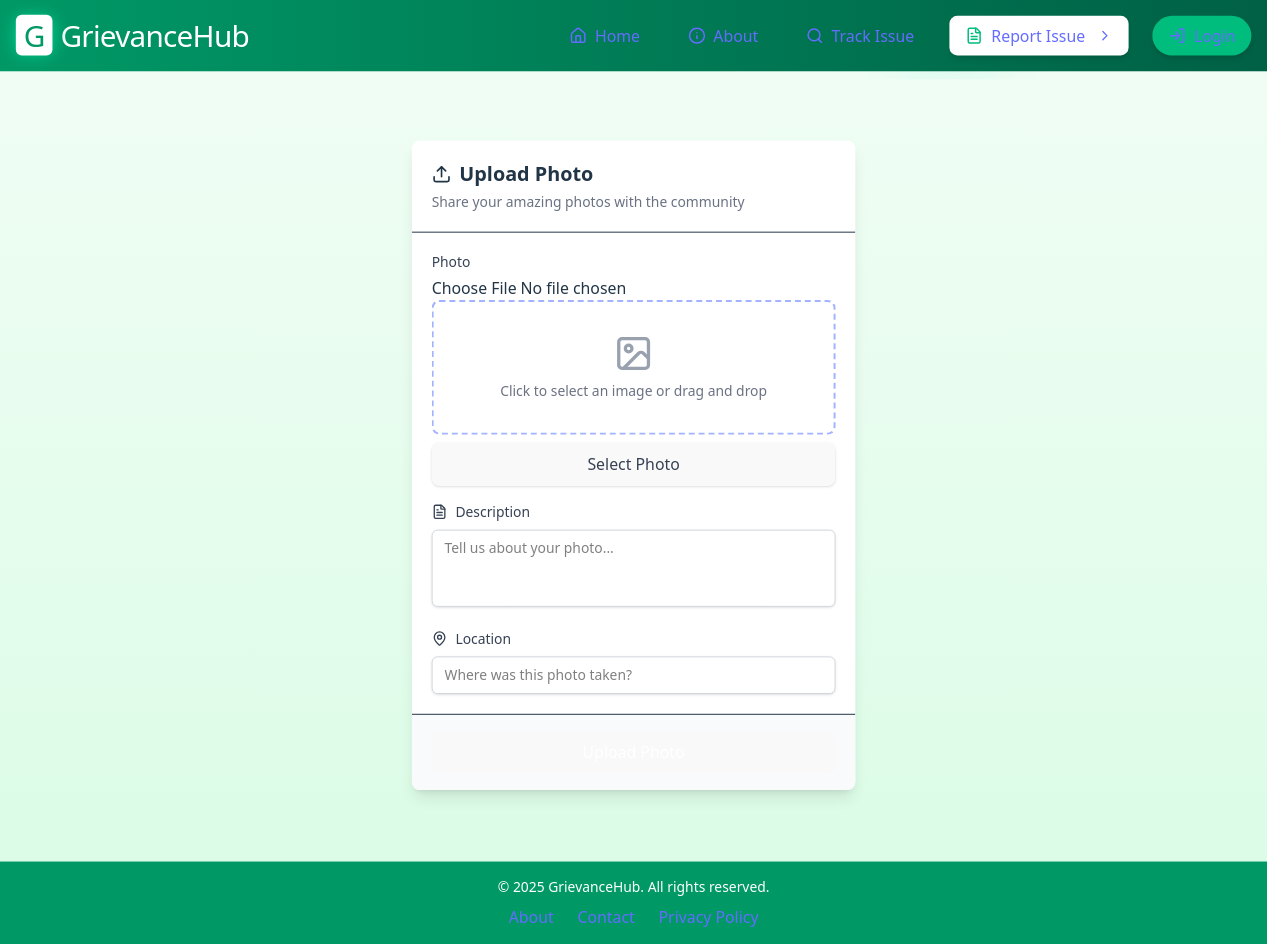
Repository: Aishi4/Grievance-Hub
Page: /report (app in my-vite-Griv/)
These files come from the project's save history. The page is drawn as it stood at one moment and after the next save; the edit follows.
The browser window is 1280 px wide. The pictures show the whole page, at 99% of full size.
The project was rebuilt for these pictures with package versions that can differ from the ones it lists, and the page was loaded fresh each time. Some packages were replaced by stand-ins written for this rebuild. Also part of the build but not shown: my-vite-Griv/vite.config.js, my-vite-Griv/src/Home.jsx, my-vite-Griv/src/ReportSubmit.jsx, my-vite-Griv/src/Report.jsx, my-vite-Griv/src/App.jsx, my-vite-Griv/src/About.jsx, my-vite-Griv/src/TrackIssue.jsx, my-vite-Griv/src/ViewPhoto.jsx and 1 more.

Above is the page before, as saved 2025-03-29 18:55:33.

### my-vite-Griv/src/main.jsx
import { StrictMode } from 'react'
import { createRoot } from 'react-dom/client'
import './index.css'
import App from './App.jsx'
import { Route,createBrowserRouter, createRoutesFromElements, RouterProvider } from 'react-router'
import Layout from './Layout.jsx'
import Home from './Home.jsx'
import Report from './Report.jsx'
import About from './About.jsx'
import TrackIssue from './TrackIssue.jsx'
import ReportSubmit from './ReportSubmit.jsx'
import UploadPhoto from './UploadPhoto.jsx'
import ViewPhoto from './ViewPhoto.jsx'
import AdminPanel from './AdminPanel.jsx'

const router = createBrowserRouter(
  createRoutesFromElements(
    <Route path='/' element={<Layout />}>
      <Route path="" element={<Home />} />
      <Route path="report" element={<UploadPhoto />} />
      <Route path="about" element={<About />} />
      <Route path="track" element={<ViewPhoto />} />
      <Route path='admin' element={<AdminPanel />} />


    </Route>
  )
)

createRoot(document.getElementById('root')).render(
  <StrictMode>




    <RouterProvider router={router} />

  </StrictMode>,
)

### my-vite-Griv/src/Layout.jsx
import { Outlet } from "react-router-dom";
import Navbar from "./Navbar";
import React from "react";
import Footer from "./Footer";

function Layout() {
  return (
    <div className="min-h-screen flex flex-col">
      <Navbar />
      <div className="flex-grow pt-[70px]"> {/* Adjust this padding based on navbar height */}
        <Outlet />
      </div>
      <Footer />
    </div>
  );
}
export default Layout;

### my-vite-Griv/src/UploadPhoto.jsx
"use client"

import { useState, useRef } from "react"
import { supabase } from "./supabase"
import { v4 as uuidv4 } from "uuid"
import { Upload, ImageIcon, MapPin, FileText, X, Check, Loader2 } from "lucide-react"
import { motion, AnimatePresence } from "framer-motion"

export default function UploadPhoto() {
  const [file, setFile] = useState(null)
  const [preview, setPreview] = useState(null)
  const [description, setDescription] = useState("")
  const [location, setLocation] = useState("")
  const [uploadStatus, setUploadStatus] = useState("")
  const [isUploading, setIsUploading] = useState(false)
  const [uploadCode, setUploadCode] = useState(null)
  const fileInputRef = useRef(null)

  const handleFileChange = (e) => {
    const selectedFile = e.target.files?.[0] || null
    setFile(selectedFile)

    if (selectedFile) {
      const reader = new FileReader()
      reader.onload = () => {
        setPreview(reader.result)
      }
      reader.readAsDataURL(selectedFile)
    } else {
      setPreview(null)
    }
  }

  const clearFile = () => {
    setFile(null)
    setPreview(null)
    if (fileInputRef.current) {
      fileInputRef.current.value = ""
    }
  }

  const handleUpload = async () => {
    if (!file) {
      setUploadStatus("Please select a file")
      return
    }

    setIsUploading(true)
    setUploadStatus("Uploading...")

    try {
      const uniqueCode = uuidv4().slice(0, 6) // Generate a 6-character code
      const filePath = `uploads/${uniqueCode}-${file.name}`

      // Upload image to Supabase Storage
      const { data: uploadData, error: uploadError } = await supabase.storage.from("images").upload(filePath, file)

      if (uploadError) {
        throw new Error(uploadError.message)
      }

      // Get the public URL of the uploaded file
      const { data: publicUrlData } = supabase.storage.from("images").getPublicUrl(filePath)
      const imageUrl = publicUrlData.publicUrl

      // Insert into Supabase database
      const { data: insertData, error: insertError } = await supabase
        .from("photos")
        .insert([{ code: uniqueCode, image_url: imageUrl, description, location, status: "Under Review" }])

      if (insertError) {
        throw new Error(insertError.message)
      }

      // Success
      setUploadCode(uniqueCode)
      setUploadStatus("success")
      setFile(null)
      setPreview(null)
      setDescription("")
      setLocation("")
    } catch (error) {
      setUploadStatus(`Error: ${error.message}`)
    } finally {
      setIsUploading(false)
    }
  }

  const resetForm = () => {
    setFile(null)
    setPreview(null)
    setDescription("")
    setLocation("")
    setUploadStatus("")
    setUploadCode(null)
    if (fileInputRef.current) {
      fileInputRef.current.value = ""
    }
  }

    return (
    <div className="min-h-screen min-w-screen bg-gradient-to-b from-green-50 to-green-100 flex flex-col items-center justify-center px-6 py-12 relative overflow-hidden">

  <div className=" p-6 rounded-lg  w-full">
    <div className="w-full max-w-md mx-auto bg-white rounded-lg shadow-lg overflow-hidden">
      <div className="p-5 border-b">
        <div className="flex items-center gap-2 text-xl font-semibold">
          <Upload className="h-5 w-5" />
          <span>Upload Photo</span>
        </div>
        <p className="text-sm text-gray-500 mt-1">Share your amazing photos with the community</p>
      </div>

      <div className="p-5 space-y-4">
        <AnimatePresence mode="wait">
          {uploadStatus === "success" ? (
            <motion.div
              initial={{ opacity: 0, y: 20 }}
              animate={{ opacity: 1, y: 0 }}
              exit={{ opacity: 0, y: -20 }}
              className="bg-green-50 p-6 rounded-lg text-center"
            >
              <motion.div
                initial={{ scale: 0 }}
                animate={{ scale: 1 }}
                transition={{ delay: 0.2, type: "spring" }}
                className="w-16 h-16 bg-green-100 rounded-full flex items-center justify-center mx-auto mb-4"
              >
                <Check className="h-8 w-8 text-green-600" />
              </motion.div>
              <h3 className="text-lg font-medium text-green-800 mb-2">Upload Successful!</h3>
              <p className="text-green-700 mb-4">Your photo has been uploaded and is under review.</p>
              <div className="bg-green-100 p-3 rounded-md inline-block">
                <p className="text-sm text-green-800">
                  Your code: <span className="font-mono font-bold">{uploadCode}</span>
                </p>
              </div>
              <button
                onClick={resetForm}
                className="mt-4 w-full py-2 px-4 border border-gray-300 rounded-md text-sm font-medium text-gray-700 bg-white hover:bg-gray-50 focus:outline-none focus:ring-2 focus:ring-offset-2 focus:ring-indigo-500 transition-colors"
              >
                Upload Another Photo
              </button>
            </motion.div>
          ) : (
            <motion.div initial={{ opacity: 0 }} animate={{ opacity: 1 }} exit={{ opacity: 0 }} className="space-y-4">
              <div className="space-y-2">
                <label htmlFor="photo" className="block text-sm font-medium text-gray-700 mb-1">
                  Photo
                </label>
                <div className="relative">
                  <input
                    ref={fileInputRef}
                    id="photo"
                    type="file"
                    accept="image/*"
                    onChange={handleFileChange}

                  />

                  <AnimatePresence>
                    {preview ? (
                      <motion.div
                        initial={{ opacity: 0 }}
                        animate={{ opacity: 1 }}
                        exit={{ opacity: 0 }}
                        className="relative aspect-video mb-2 rounded-lg overflow-hidden border-2 border-dashed border-indigo-300"
                      >
                        <img src={preview || "/placeholder.svg"} alt="Preview" className="w-full h-full object-cover" />
                        <button
                          className="absolute top-2 right-2 h-8 w-8 rounded-full bg-red-500 text-white flex items-center justify-center hover:bg-red-600 transition-colors"
                          onClick={clearFile}
                        >
                          <X className="h-4 w-4" />
                        </button>
                      </motion.div>
                    ) : (
                      <motion.div
                        initial={{ opacity: 0 }}
                        animate={{ opacity: 1 }}
                        exit={{ opacity: 0 }}
                        className="border-2 border-dashed border-indigo-300 rounded-lg p-8 text-center cursor-pointer hover:bg-gray-50 transition-colors"
                        onClick={() => fileInputRef.current?.click()}
                      >
                        <motion.div
                          whileHover={{ scale: 1.05 }}
                          whileTap={{ scale: 0.98 }}
                          className="flex flex-col items-center gap-2"
                        >
                          <ImageIcon className="h-10 w-10 text-gray-400" />
                          <p className="text-sm text-gray-500">Click to select an image or drag and drop</p>
                        </motion.div>
                      </motion.div>
                    )}
                  </AnimatePresence>

                  <button
                    type="button"
                    className="w-full mt-2 py-2 px-4 border border-gray-300 rounded-md shadow-sm text-sm font-medium text-gray-700 bg-white hover:bg-gray-50 focus:outline-none focus:ring-2 focus:ring-offset-2 focus:ring-indigo-500 transition-colors"
                    onClick={() => fileInputRef.current?.click()}
                  >
                    {file ? "Change Photo" : "Select Photo"}
                  </button>
                </div>
              </div>

              <div className="space-y-2">
                <label htmlFor="description" className="flex items-center gap-2 text-sm font-medium text-gray-700">
                  <FileText className="h-4 w-4" />
                  <span>Description</span>
                </label>
                <textarea
                  id="description"
                  placeholder="Tell us about your photo..."
                  value={description}
                  onChange={(e) => setDescription(e.target.value)}
                  className="w-full px-3 py-2 border border-gray-300 rounded-md shadow-sm text-black focus:outline-none focus:ring-indigo-500 focus:border-indigo-500 sm:text-sm resize-none"
                  rows={3}
                />
              </div>

              <div className="space-y-2">
                <label htmlFor="location" className="flex items-center gap-2 text-sm font-medium text-gray-700">
                  <MapPin className="h-4 w-4" />
                  <span>Location</span>
                </label>
                <input
                  id="location"
                  type="text"
                  placeholder="Where was this photo taken?"
                  value={location}
                  onChange={(e) => setLocation(e.target.value)}
                  className="w-full px-3 py-2 border border-gray-300 rounded-md shadow-sm focus:outline-none focus:ring-indigo-500 focus:border-indigo-500 sm:text-sm text-black"
                />
              </div>

              {uploadStatus && uploadStatus !== "success" && uploadStatus !== "Uploading..." && (
                <motion.div
                  initial={{ opacity: 0, y: 10 }}
                  animate={{ opacity: 1, y: 0 }}
                  className="text-red-500 text-sm p-2 bg-red-50 rounded"
                >
                  {uploadStatus}
                </motion.div>
              )}
            </motion.div>
          )}
        </AnimatePresence>
      </div>

      <div className="px-5 py-4 bg-gray-50 border-t">
        {uploadStatus !== "success" && (
          <button
            onClick={handleUpload}
            disabled={isUploading || !file}
            className={`w-full py-2 px-4 rounded-md text-sm font-medium text-white focus:outline-none focus:ring-2 focus:ring-offset-2 focus:ring-indigo-500 transition-colors ${
              isUploading || !file ? "bg-indigo-300 cursor-not-allowed" : "bg-indigo-600 hover:bg-indigo-700"
            }`}
          >
            {isUploading ? (
              <span className="flex items-center justify-center">
                <Loader2 className="mr-2 h-4 w-4 animate-spin" />
                Uploading...
              </span>
            ) : (
              <>Upload Photo</>
            )}
          </button>
        )}
      </div>
                </div>

            </div>
            </div>
  )
}

### my-vite-Griv/src/Navbar.jsx
"use client"

import { useState, useEffect } from "react"
import { Link, useLocation } from "react-router-dom"
import { motion, AnimatePresence } from "framer-motion"
import { Home, Info, Search, FileText, LogIn, Menu, X, ChevronRight } from "lucide-react"

const Navbar = () => {
  const [isHovered, setIsHovered] = useState(null)
  const [isScrolled, setIsScrolled] = useState(false)
  const [isMobileMenuOpen, setIsMobileMenuOpen] = useState(false)
  const location = useLocation()

  const navItems = [
    {
      to: "/",
      label: "Home",
      icon: Home,
    },
    {
      to: "/about",
      label: "About",
      icon: Info,
    },
    {
      to: "/track",
      label: "Track Issue",
      icon: Search,
    },
    {
      to: "/report",
      label: "Report Issue",
      icon: FileText,
      special: true,
    },
  ]

  // Handle scroll effect
  useEffect(() => {
    const handleScroll = () => {
      if (window.scrollY > 20) {
        setIsScrolled(true)
      } else {
        setIsScrolled(false)
      }
    }

    window.addEventListener("scroll", handleScroll)
    return () => window.removeEventListener("scroll", handleScroll)
  }, [])

  // Close mobile menu when route changes
  useEffect(() => {
    setIsMobileMenuOpen(false)
  }, [location])

  return (
    <>
      <motion.nav

        className={`fixed w-full z-50 transition-all duration-300 ${
          isScrolled
            ? "py-2 bg-emerald-800/95 backdrop-blur-md shadow-lg"
            : "py-4 bg-gradient-to-r from-emerald-600 to-emerald-800"
        }`}
      >
        <div className="container mx-auto px-4 flex justify-between items-center">
          {/* Logo with Hover Effect */}
          <motion.div whileHover={{ scale: 1.05 }} whileTap={{ scale: 0.95 }} className="relative z-10">
            <Link to="/" className="text-2xl md:text-3xl font-extrabold tracking-tight flex items-center space-x-2">
              <div className="relative">
                <span className="absolute inset-0 bg-emerald-400 rounded-md blur-sm"></span>
                <span className="relative bg-white text-emerald-600 px-2 rounded-md">G</span>
              </div>
              <span className="text-white">GrievanceHub</span>
            </Link>
          </motion.div>

          {/* Desktop Navigation Links */}
          <div className="hidden md:flex items-center space-x-6">
            {navItems.map((item, index) => (
              <motion.div
                key={item.to}
                onHoverStart={() => setIsHovered(index)}
                onHoverEnd={() => setIsHovered(null)}
                className="relative"
              >
                <Link
                  to={item.to}
                  className={`
                    flex items-center space-x-2 py-2 px-3 rounded-lg
                    ${location.pathname === item.to && !item.special ? "bg-emerald-700/50" : ""}
                    ${
                      item.special
                        ? "bg-white text-emerald-600 px-4 py-2 rounded-full shadow-md hover:shadow-lg hover:bg-emerald-50"
                        : "text-white hover:text-emerald-200"
                    }
                    transition-all duration-300
                  `}
                >
                  <item.icon size={18} className={item.special ? "text-emerald-500" : ""} />
                  <span className="font-medium">{item.label}</span>

                  {item.special && (
                    <motion.div
                      initial={{ scale: 1 }}
                      animate={{ scale: [1, 1.1, 1] }}
                      transition={{
                        repeat: Number.POSITIVE_INFINITY,
                        duration: 2,
                        repeatType: "loop",
                      }}
                    >
                      <ChevronRight size={16} className="ml-1" />
                    </motion.div>
                  )}
                </Link>

                {!item.special && isHovered === index && (
                  <motion.div
                    layoutId="underline"
                    className="absolute bottom-[-3px] left-0 right-0 h-[3px] bg-emerald-300 rounded-full"
                    initial={{ width: 0, left: "50%" }}
                    animate={{ width: "100%", left: 0 }}
                    transition={{ type: "spring", stiffness: 300, damping: 30 }}
                  />
                )}
              </motion.div>
            ))}

            {/* Login Button */}
            <motion.div whileHover={{ scale: 1.05 }} whileTap={{ scale: 0.95 }}>
              <Link
                to="/login"
                className="flex items-center space-x-2 bg-emerald-500 text-white px-4 py-2 rounded-full font-semibold shadow-md hover:bg-emerald-400 transition-all duration-300"
              >
                <LogIn size={18} />
                <span>Login</span>
              </Link>
            </motion.div>
          </div>

          {/* Mobile Menu Button */}
          <motion.button
            whileTap={{ scale: 0.9 }}
            onClick={() => setIsMobileMenuOpen(!isMobileMenuOpen)}
            className="md:hidden flex items-center justify-center w-10 h-10 rounded-full bg-emerald-700 text-white"
          >
            {isMobileMenuOpen ? <X size={20} /> : <Menu size={20} />}
          </motion.button>
        </div>
      </motion.nav>

      {/* Mobile Menu */}
      <AnimatePresence>
        {isMobileMenuOpen && (
          <motion.div
            initial={{ opacity: 0, height: 0 }}
            animate={{ opacity: 1, height: "auto" }}
            exit={{ opacity: 0, height: 0 }}
            transition={{ duration: 0.3 }}
            className="fixed top-[60px] left-0 right-0 z-40 bg-emerald-800/95 backdrop-blur-md shadow-lg md:hidden overflow-hidden"
          >
            <div className="container mx-auto px-4 py-4">
              <div className="flex flex-col space-y-2">
                {navItems.map((item, index) => (
                  <motion.div
                    key={item.to}
                    initial={{ opacity: 0, x: -20 }}
                    animate={{ opacity: 1, x: 0 }}
                    transition={{ delay: index * 0.1 }}
                  >
                    <Link
                      to={item.to}
                      className={`
                        flex items-center space-x-3 p-3 rounded-lg
                        ${location.pathname === item.to ? "bg-emerald-700" : ""}
                        ${item.special ? "bg-white text-emerald-600 my-2" : "text-white"}
                      `}
                    >
                      <item.icon size={20} />
                      <span className="font-medium">{item.label}</span>
                    </Link>
                  </motion.div>
                ))}

                <motion.div
                  initial={{ opacity: 0, x: -20 }}
                  animate={{ opacity: 1, x: 0 }}
                  transition={{ delay: navItems.length * 0.1 }}
                >
                  <Link
                    to="/login"
                    className="flex items-center space-x-3 p-3 rounded-lg bg-emerald-500 text-white my-2"
                  >
                    <LogIn size={20} />
                    <span className="font-medium">Login</span>
                  </Link>
                </motion.div>
              </div>
            </div>
          </motion.div>
        )}
      </AnimatePresence>

      {/* Decorative Elements */}
      <div className="fixed top-0 left-0 w-full h-20 z-40 pointer-events-none overflow-hidden">
        <div className="absolute top-[-50px] left-[10%] w-20 h-20 bg-emerald-300 rounded-full mix-blend-multiply filter blur-xl opacity-20"></div>
        <div className="absolute top-[-30px] right-[20%] w-32 h-32 bg-teal-200 rounded-full mix-blend-multiply filter blur-xl opacity-20"></div>
      </div>
    </>
  )
}

export default Navbar

### my-vite-Griv/src/Footer.jsx
const Footer = () => {
    return (
      <footer className="w-full bg-emerald-600 text-white py-4 text-center">
        <p className="text-sm">&copy; {new Date().getFullYear()} GrievanceHub. All rights reserved.</p>
        <div className="flex justify-center space-x-6 mt-2">
          <a href="/about" className="hover:underline">About</a>
          <a href="/contact" className="hover:underline">Contact</a>
          <a href="/privacy" className="hover:underline">Privacy Policy</a>
        </div>
      </footer>
    );
};
export default Footer;

### my-vite-Griv/src/supabase.js
import { createClient } from "@supabase/supabase-js";

const SUPABASE_URL = "https://sttpmwjxcnlfphnplylt.supabase.co";
const SUPABASE_ANON_KEY =
  "eyJhbGciOiJIUzI1NiIsInR5cCI6IkpXVCJ9.eyJpc3MiOiJzdXBhYmFzZSIsInJlZiI6InN0dHBtd2p4Y25sZnBobnBseWx0Iiwicm9sZSI6ImFub24iLCJpYXQiOjE3NDMyMjY0NzYsImV4cCI6MjA1ODgwMjQ3Nn0.PveWFl7QQpdJSmyEdTsNMzChrysuaJmnoFUdfG0cV_4";

export const supabase = createClient(SUPABASE_URL, SUPABASE_ANON_KEY);

Loaded but not shown: my-vite-Griv/index.html (common file); my-vite-Griv/src/index.css (common file)

After the next save:
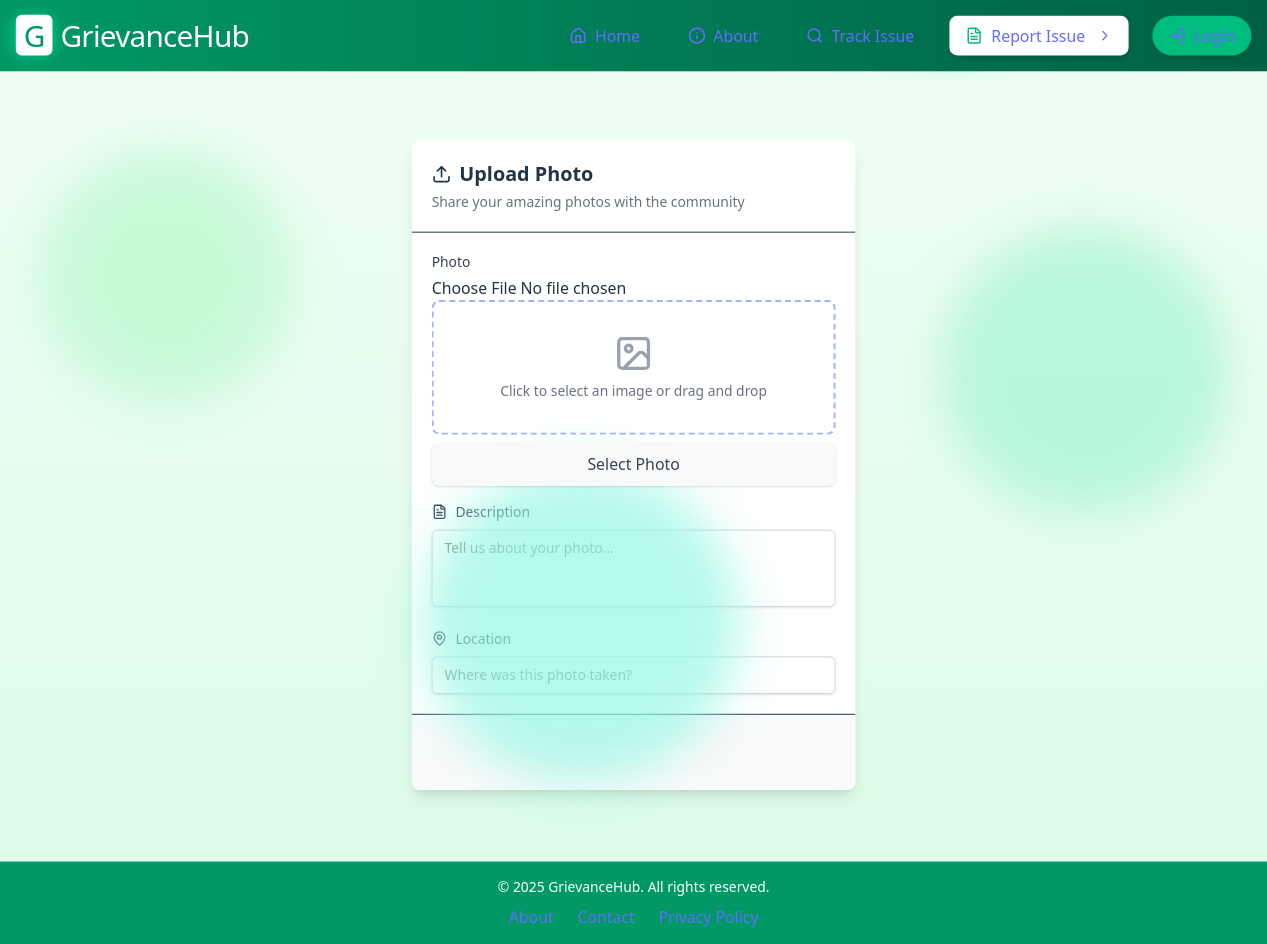
Saved 116 s later.
--- a/my-vite-Griv/src/UploadPhoto.jsx
+++ b/my-vite-Griv/src/UploadPhoto.jsx
@@ -99,7 +99,12 @@ export default function UploadPhoto() {
   }
 
     return (
-    <div className="min-h-screen min-w-screen bg-gradient-to-b from-green-50 to-green-100 flex flex-col items-center justify-center px-6 py-12 relative overflow-hidden">
+        <div className="min-h-screen min-w-screen bg-gradient-to-b from-green-50 to-green-100 flex flex-col items-center justify-center px-6 py-12 relative overflow-hidden">
+            <div className="absolute top-0 left-0 w-full h-full overflow-hidden z-0">
+        <div className="absolute top-20 left-10 w-64 h-64 bg-green-200 rounded-full mix-blend-multiply filter blur-xl opacity-70 animate-blob"></div>
+        <div className="absolute top-40 right-10 w-72 h-72 bg-emerald-200 rounded-full mix-blend-multiply filter blur-xl opacity-70 animate-blob animation-delay-2000"></div>
+        <div className="absolute bottom-20 left-1/3 w-80 h-80 bg-teal-200 rounded-full mix-blend-multiply filter blur-xl opacity-70 animate-blob animation-delay-4000"></div>
+      </div>
 
   <div className=" p-6 rounded-lg  w-full">
     <div className="w-full max-w-md mx-auto bg-white rounded-lg shadow-lg overflow-hidden">
